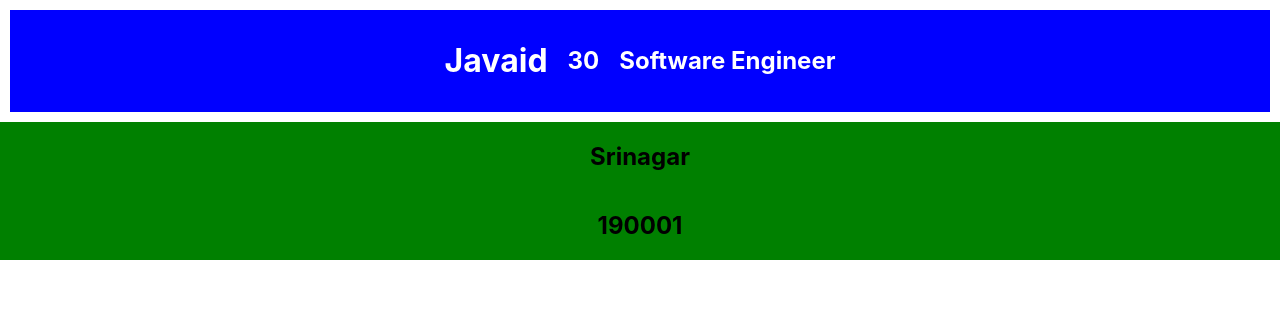
Repository: JavaidAhmadKhan/framer-motion-reacr
Page: /
The author's editor kept a copy of each file at every save. The page is drawn from the files as they stood at one save, then again after the next save.
The browser window is 1280 px wide. The pictures show the whole page.
The project was rebuilt for these pictures with package versions that can differ from the ones it lists, and the page was loaded fresh each time.

Above is the page before, as saved 2022-05-19 17:24:15.

After the next save:
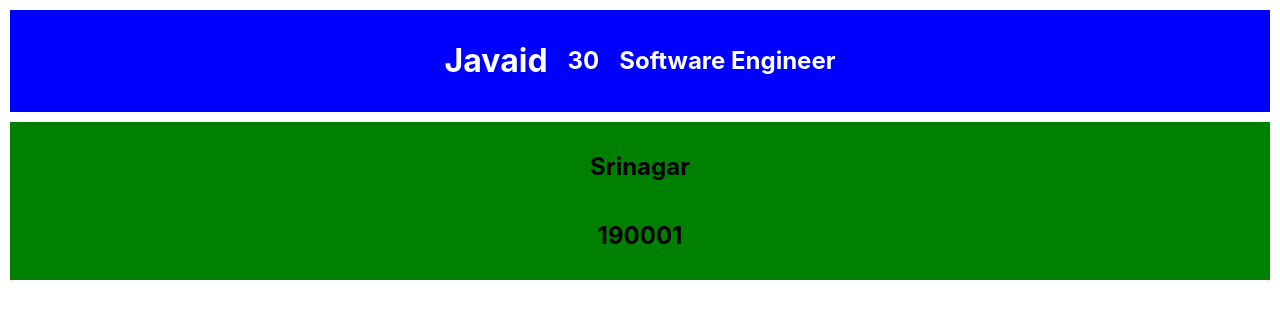
Saved 10 s later.
--- a/src/App.js
+++ b/src/App.js
@@ -44,6 +44,8 @@ class App extends Component {
             justifyContent: "center",
             alignItems: "center",
             backgroundColor: "green",
+            margin: "10px",
+            padding: "10px",
           }}
         >
           <h2>{this.state.address.city}</h2>
